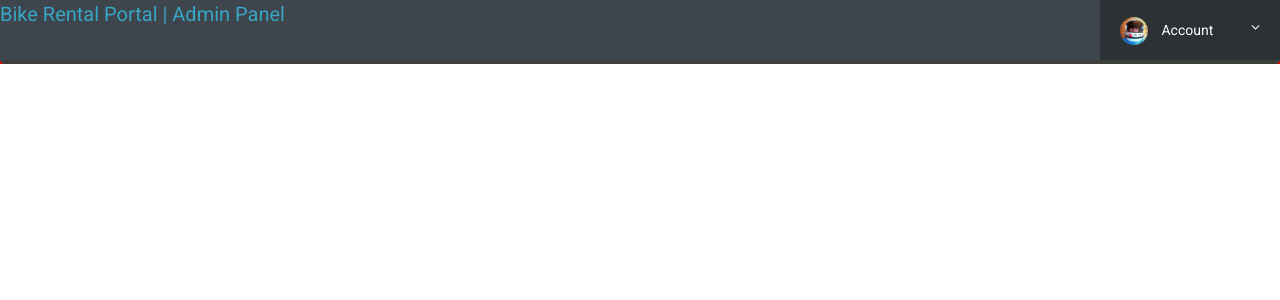
Repository: Het95/Bike-Rental-JSP
Page: http://localhost/AJOep/admin/dashboard.jsp
These files come from the project's save history. The page is drawn as it stood at one moment and after the next save; the edit follows.
The browser window is 1280 px wide. The pictures show the whole page.
The page is served by Tomcat 9. Other server files are loaded and not shown.

Above is the page before, as saved 2020-06-01 08:25:53.

### AJOep/WebContent/admin/dashboard.jsp
<%@ page language="java" contentType="text/html; charset=ISO-8859-1"
    pageEncoding="ISO-8859-1"%>
       <%@ taglib uri="http://java.sun.com/jsp/jstl/sql" prefix="sql" %>
    <%@ taglib uri="http://java.sun.com/jsp/jstl/core" prefix="c" %>
<!DOCTYPE html>
<html>
<head>
<meta charset="ISO-8859-1">
	<title>Bike Rental Portal | Admin Dashboard</title>

	<!-- Font awesome -->
	<link rel="stylesheet" href="css/font-awesome.min.css">
	<!-- Sandstone Bootstrap CSS -->
	<link rel="stylesheet" href="css/bootstrap.min.css">
	<!-- Bootstrap Datatables -->
	<link rel="stylesheet" href="css/dataTables.bootstrap.min.css">
	<!-- Bootstrap social button library -->
	<link rel="stylesheet" href="css/bootstrap-social.css">
	<!-- Bootstrap select -->
	<link rel="stylesheet" href="css/bootstrap-select.css">
	<!-- Bootstrap file input -->
	<link rel="stylesheet" href="css/fileinput.min.css">
	<!-- Awesome Bootstrap checkbox -->
	<link rel="stylesheet" href="css/awesome-bootstrap-checkbox.css">
	<!-- Admin Stye -->
	<link rel="stylesheet" href="css/style.css"></head>
<body>

	<div class="brand clearfix">
	<a href="dashboard.jsp" style="font-size: 20px;">Bike Rental Portal | Admin Panel</a>
		<span class="menu-btn"><i class="fa fa-bars"></i></span>
		<ul class="ts-profile-nav">

			<li class="ts-account">
				<a href="#"><img src="img/ts-avatar.jpg" class="ts-avatar hidden-side" alt=""> Account <i class="fa fa-angle-down hidden-side"></i></a>
				<ul>
					<li><a href="change-password.jsp">Change Password</a></li>
					<li><a href="logout.jsp">Logout</a></li>
				</ul>
			</li>
		</ul>
	</div>
	<div style="height:500; width:500; background-color: red; ">
	<nav class="navbar navbar-default">
    <div class="container">
    	<div class="collapse navbar-collapse" id="navigation">
        <ul class="nav navbar-nav">
          <li><a href="dashboard.jsp">Add Bike</a>    </li>

          <li><a href="requests.jsp">Rent Requests</a></li>

        </ul>
      </div>
    </div>
    </nav>
	</div>


	<!-- Loading Scripts -->
	<script src="js/jquery.min.js"></script>
	<script src="js/bootstrap-select.min.js"></script>
	<script src="js/bootstrap.min.js"></script>
	<script src="js/jquery.dataTables.min.js"></script>
	<script src="js/dataTables.bootstrap.min.js"></script>
	<script src="js/Chart.min.js"></script>
	<script src="js/fileinput.js"></script>
	<script src="js/chartData.js"></script>
	<script src="js/main.js"></script>

</body>
</html>

### AJOep/WebContent/admin/css/awesome-bootstrap-checkbox.css
.checkbox {
  padding-left: 20px;
}
.checkbox label {
  display: inline-block;
  vertical-align: middle;
  position: relative;
  padding-left: 5px;
}
.checkbox label::before {
  content: "";
  display: inline-block;
  position: absolute;
  width: 17px;
  height: 17px;
  left: 0;
  margin-left: -20px;
  border: 1px solid #cccccc;
  border-radius: 3px;
  background-color: #fff;
  -webkit-transition: border 0.15s ease-in-out, color 0.15s ease-in-out;
  -o-transition: border 0.15s ease-in-out, color 0.15s ease-in-out;
  transition: border 0.15s ease-in-out, color 0.15s ease-in-out;
}
.checkbox label::after {
  display: inline-block;
  position: absolute;
  width: 16px;
  height: 16px;
  left: 0;
  top: 0;
  margin-left: -20px;
  padding-left: 3px;
  padding-top: 1px;
  font-size: 11px;
  color: #555555;
}
.checkbox input[type="checkbox"],
.checkbox input[type="radio"] {
  opacity: 0;
  z-index: 1;
}
.checkbox input[type="checkbox"]:focus + label::before,
.checkbox input[type="radio"]:focus + label::before {
  outline: thin dotted;
  outline: 5px auto -webkit-focus-ring-color;
  outline-offset: -2px;
}
.checkbox input[type="checkbox"]:checked + label::after,
.checkbox input[type="radio"]:checked + label::after {
  font-family: "FontAwesome";
  content: "\f00c";
}
.checkbox input[type="checkbox"]:disabled + label,
.checkbox input[type="radio"]:disabled + label {
  opacity: 0.65;
}
.checkbox input[type="checkbox"]:disabled + label::before,
.checkbox input[type="radio"]:disabled + label::before {
  background-color: #eeeeee;
  cursor: not-allowed;
}
.checkbox.checkbox-circle label::before {
  border-radius: 50%;
}
.checkbox.checkbox-inline {
  margin-top: 0;
}

.checkbox-primary input[type="checkbox"]:checked + label::before,
.checkbox-primary input[type="radio"]:checked + label::before {
  background-color: #337ab7;
  border-color: #337ab7;
}
.checkbox-primary input[type="checkbox"]:checked + label::after,
.checkbox-primary input[type="radio"]:checked + label::after {
  color: #fff;
}

.checkbox-danger input[type="checkbox"]:checked + label::before,
.checkbox-danger input[type="radio"]:checked + label::before {
  background-color: #d9534f;
  border-color: #d9534f;
}
.checkbox-danger input[type="checkbox"]:checked + label::after,
.checkbox-danger input[type="radio"]:checked + label::after {
  color: #fff;
}

.checkbox-info input[type="checkbox"]:checked + label::before,
.checkbox-info input[type="radio"]:checked + label::before {
  background-color: #5bc0de;
  border-color: #5bc0de;
}
.checkbox-info input[type="checkbox"]:checked + label::after,
.checkbox-info input[type="radio"]:checked + label::after {
  color: #fff;
}

.checkbox-warning input[type="checkbox"]:checked + label::before,
.checkbox-warning input[type="radio"]:checked + label::before {
  background-color: #f0ad4e;
  border-color: #f0ad4e;
}
.checkbox-warning input[type="checkbox"]:checked + label::after,
.checkbox-warning input[type="radio"]:checked + label::after {
  color: #fff;
}

.checkbox-success input[type="checkbox"]:checked + label::before,
.checkbox-success input[type="radio"]:checked + label::before {
  background-color: #5cb85c;
  border-color: #5cb85c;
}
.checkbox-success input[type="checkbox"]:checked + label::after,
.checkbox-success input[type="radio"]:checked + label::after {
  color: #fff;
}

.radio {
  padding-left: 20px;
}
.radio label {
  display: inline-block;
  vertical-align: middle;
  position: relative;
  padding-left: 5px;
}
.radio label::before {
  content: "";
  display: inline-block;
  position: absolute;
  width: 17px;
  height: 17px;
  left: 0;
  margin-left: -20px;
  border: 1px solid #cccccc;
  border-radius: 50%;
  background-color: #fff;
  -webkit-transition: border 0.15s ease-in-out;
  -o-transition: border 0.15s ease-in-out;
  transition: border 0.15s ease-in-out;
}
.radio label::after {
  display: inline-block;
  position: absolute;
  content: " ";
  width: 11px;
  height: 11px;
  left: 3px;
  top: 3px;
  margin-left: -20px;
  border-radius: 50%;
  background-color: #555555;
  -webkit-transform: scale(0, 0);
  -ms-transform: scale(0, 0);
  -o-transform: scale(0, 0);
  transform: scale(0, 0);
  -webkit-transition: -webkit-transform 0.1s cubic-bezier(0.8, -0.33, 0.2, 1.33);
  -moz-transition: -moz-transform 0.1s cubic-bezier(0.8, -0.33, 0.2, 1.33);
  -o-transition: -o-transform 0.1s cubic-bezier(0.8, -0.33, 0.2, 1.33);
  transition: transform 0.1s cubic-bezier(0.8, -0.33, 0.2, 1.33);
}
.radio input[type="radio"] {
  opacity: 0;
  z-index: 1;
}
.radio input[type="radio"]:focus + label::before {
  outline: thin dotted;
  outline: 5px auto -webkit-focus-ring-color;
  outline-offset: -2px;
}
.radio input[type="radio"]:checked + label::after {
  -webkit-transform: scale(1, 1);
  -ms-transform: scale(1, 1);
  -o-transform: scale(1, 1);
  transform: scale(1, 1);
}
.radio input[type="radio"]:disabled + label {
  opacity: 0.65;
}
.radio input[type="radio"]:disabled + label::before {
  cursor: not-allowed;
}
.radio.radio-inline {
  margin-top: 0;
}

.radio-primary input[type="radio"] + label::after {
  background-color: #337ab7;
}
.radio-primary input[type="radio"]:checked + label::before {
  border-color: #337ab7;
}
.radio-primary input[type="radio"]:checked + label::after {
  background-color: #337ab7;
}

.radio-danger input[type="radio"] + label::after {
  background-color: #d9534f;
}
.radio-danger input[type="radio"]:checked + label::before {
  border-color: #d9534f;
}
.radio-danger input[type="radio"]:checked + label::after {
  background-color: #d9534f;
}

.radio-info input[type="radio"] + label::after {
  background-color: #5bc0de;
}
.radio-info input[type="radio"]:checked + label::before {
  border-color: #5bc0de;
}
.radio-info input[type="radio"]:checked + label::after {
  background-color: #5bc0de;
}

.radio-warning input[type="radio"] + label::after {
  background-color: #f0ad4e;
}
.radio-warning input[type="radio"]:checked + label::before {
  border-color: #f0ad4e;
}
.radio-warning input[type="radio"]:checked + label::after {
  background-color: #f0ad4e;
}

.radio-success input[type="radio"] + label::after {
  background-color: #5cb85c;
}
.radio-success input[type="radio"]:checked + label::before {
  border-color: #5cb85c;
}
.radio-success input[type="radio"]:checked + label::after {
  background-color: #5cb85c;
}

input[type="checkbox"].styled:checked + label:after,
input[type="radio"].styled:checked + label:after {
  font-family: 'FontAwesome';
  content: "\f00c";
}
input[type="checkbox"] .styled:checked + label::before,
input[type="radio"] .styled:checked + label::before {
  color: #fff;
}
input[type="checkbox"] .styled:checked + label::after,
input[type="radio"] .styled:checked + label::after {
  color: #fff;
}

### AJOep/WebContent/admin/css/style.css
@import url(http://fonts.googleapis.com/css?family=Lato:300,400,700,900,100italic,300italic,400italic);
@import url(https://fonts.googleapis.com/css?family=Oswald:700,400,300);
/****************************
*   FOR RESPONSIVENESS      *
****************************/
::selection {
  background: #4f5362;
  /* WebKit/Blink Browsers */
  color: #fff;
}
::-moz-selection {
  background: #4f5362;
  /* Gecko Browsers */
  color: #fff;
}
html {
  font-size: 14px;
}
@media only screen and (min-width: 480px) {
  html {
    font-size: 17px;
  }
}
@media only screen and (min-width: 768px) {
  html {
    font-size: 14px;
  }
}
@media only screen and (min-width: 1024px) {
  p {
    font-size: 1em;
    margin-bottom: 1.8em;
  }
}
/****************************
*      BODY DEFAULTS        *
****************************/
body {
  font-size: 1em;
}
a {
  color: #37a6c4;
}
a:hover {
  text-decoration: none;
  color: #5db9d1;
}
/****************************
*      Buttons        *
****************************/
.btn {
  font-family: 'Oswald', sans-serif;
}
.btn i {
  position: relative;
  top: -2px;
}
.btn.text-left {
  text-align: left;
}
.btn-brand {
  background: #37a6c4;
  color: #fff;
}
.btn-brand:hover {
  color: #fff;
  background: #2c849c;
}
.btn-dark {
  background: #272727;
  color: #fff;
}
.btn-dark:hover {
  color: #fff;
  background: #2c849c;
}
.btn-red {
  background: #4f5362;
  color: #fff;
}
.btn-red:hover {
  color: #fff;
  background: #383b46;
}
.btn-alt {
  background: #f0f0f0;
  color: #222;
}
.btn-alt:hover {
  color: #fff;
  background: #2c849c;
}
/****************************
*      Background Colors        *
****************************/
.bk-primary {
  background: #325d88;
}
.bk-success {
  background: #93c54b;
}
.bk-warning {
  background: #f47c3c;
}
.bk-danger {
  background: #d9534f;
}
.bk-info {
  background: #29abe0;
}
.bk-white,
.bk-light {
  background: #fff;
}
.bk-brand {
  background: #37a6c4;
}
.bk-dark {
  background: #222;
}
.bk-blue {
  background: #0010ce;
}
.bk-alt {
  background: #f7f7f7;
}
.bk-ghost {
  background: transparent;
}
.bk-img {
  position: relative;
  width: 100%;
  background-position: center;
  background-repeat: no-repeat;
  background-size: cover;
  background-image: url(../../img/login-bg.jpg);
}
.bk-fixed {
  background-attachment: fixed;
}
.hr-green {
  height: 2px;
  background: #37a6c4;
}
.hr-grey {
  height: 2px;
  background: #f0f0f0;
}
.hr-dashed {
  background-color: transparent;
  border-top: 1px dotted #edf0f5;
  color: transparent;
  height: 1px;
  margin: 20px 0;
}
.panel {
  overflow: hidden;
}
/****************************
*      Border        *
****************************/
.brdr {
  border: 1px solid #f0f0f0;
}
/****************************
*      Text size color        *
****************************/
.font-one {
  font-family: 'Oswald', sans-serif;
}
.text-bold {
  font-weight: bold;
}
.text-normal {
  font-weight: normal;
}
.text-thin {
  font-weight: 100;
}
.text-lowercase {
  text-transform: none;
}
.text-sm {
  font-size: 13px;
}
.text-lg {
  font-size: 18px;
}
.text-xl {
  font-size: 1.6em;
}
.text-2x {
  font-size: 2em;
}
.text-3x {
  font-size: 2.4em;
}
.text-4x {
  font-size: 3em;
}
.text-white,
.text-light {
  color: #fff !important;
}
.link-white a {
  color: #fff;
}
.text-grey {
  color: #ccc;
}
.text-dgrey {
  color: #818181;
}
.text-brand {
  color: #37a6c4;
}
.text-yellow {
  color: #ffff00;
}
.title .line {
  display: inline-block;
  padding-bottom: 10px;
  border-bottom: 3px solid #222;
}
/****************************
*       Margins         *
****************************/
.mt {
  margin-top: 18px;
}
.mt-0x {
  margin-top: 0 !important;
}
.mt-2x {
  margin-top: 36px;
}
.mt-3x {
  margin-top: 54px;
}
.mt-4x {
  margin-top: 90px;
}
.mt-5x {
  margin-top: 144px;
}
.mb {
  margin-bottom: 18px;
}
.mb-0x {
  margin-bottom: 0 !important;
}
.mb-2x {
  margin-bottom: 36px;
}
.mb-3x {
  margin-bottom: 54px;
}
.mb-4x {
  margin-bottom: 90px;
}
.mb-5x {
  margin-bottom: 144px;
}
.pt {
  padding-top: 18px;
}
.pt-2x {
  padding-top: 36px;
}
.pt-3x {
  padding-top: 54px;
}
.pt-4x {
  padding-top: 90px;
}
.pt-5x {
  padding-top: 144px;
}
.pb {
  padding-bottom: 18px;
}
.pb-2x {
  padding-bottom: 36px;
}
.pb-3x {
  padding-bottom: 54px;
}
.pb-4x {
  padding-bottom: 90px;
}
.pb-5x {
  padding-bottom: 144px;
}
/* Content boxes */
.content-box {
  padding: 15px;
}
.block-anchor {
  display: block;
}
/****************************
*       Content Typography         *
****************************/
.content-format {
  line-height: 1.6em;
  font-weight: 400;
  letter-spacing: .01em;
  font-style: normal;
  word-wrap: break-word;
}
.content-format .h1,
.content-format .h2,
.content-format .h3,
.content-format .h4,
.content-format .h5,
.content-format .h6,
.content-format h1,
.content-format h2,
.content-format h3,
.content-format h4,
.content-format h5,
.content-format h6 {
  font-family: 'Oswald', sans-serif;
  font-weight: 700;
  font-weight: bold;
  font-style: normal;
  color: rgba(0, 0, 0, 0.8);
  margin-top: 40px;
}
.content-format .h1 a,
.content-format .h2 a,
.content-format .h3 a,
.content-format .h4 a,
.content-format .h5 a,
.content-format .h6 a,
.content-format h1 a,
.content-format h2 a,
.content-format h3 a,
.content-format h4 a,
.content-format h5 a,
.content-format h6 a {
  font-size: inherit;
}
.content-format .h2,
.content-format h2 {
  font-size: 3em;
  line-height: 1;
  margin-bottom: 10px;
  padding-bottom: 10px;
  border-bottom: 4px solid #f0f0f0;
}
.content-format .h3,
.content-format h3 {
  font-size: 2em;
  line-height: 1.2;
  margin-bottom: 4px;
  margin: 1em 0 0.5em;
}
.content-format .h4,
.content-format h4 {
  font-size: 1.7em;
  line-height: 1.4;
  margin-bottom: 6px;
}
.content-format .h5,
.content-format h5 {
  font-size: 1.5em;
  line-height: 1.4;
  margin-bottom: 8px;
}
.content-format .h6,
.content-format h6 {
  font-size: 1.3em;
  line-height: 1.4;
  margin-bottom: 10px;
}
.content-format strong {
  font-weight: bold;
}
.content-format ul:not(.social-awesome) {
  list-style: disc outside;
  margin: 1.714285714rem 0 1.714285714rem;
  line-height: 1.714285714;
}
.content-format ul:not(.social-awesome) li {
  margin: 0 0 0 36px;
  margin: 0 1rem 0 2.571428571rem;
}
.content-format ul:not(.social-awesome).list-unstyled {
  list-style: none;
}
.content-format ul:not(.social-awesome).list-unstyled li {
  margin: 0 0 0 24px;
}
.content-format em {
  font-style: italic;
}
.content-format p {
  margin-bottom: 1.8em;
}
.content-format figure {
  margin-bottom: 42px;
}
.content-format figure .caption {
  color: #999;
  font-size: 14px;
}
.content-format img {
  border: 0;
  height: auto;
  max-width: 100%;
  vertical-align: middle;
}
.content-format .fa {
  color: #37a6c4;
  margin-right: 10px;
}
.content-format blockquote {
  border-left: 4px solid #c3c3c3;
  border-left: 4px solid rgba(51, 51, 51, 0.17);
  color: #707070;
  color: rgba(51, 51, 51, 0.7);
  font-size: 1.2em;
  font-style: italic;
  line-height: 1.6667;
  margin-bottom: 1em;
  padding-left: 0.7778em;
}
.content-format blockquote.double-quote {
  border-left: none;
  padding-left: 1em;
}
.content-format pre {
  background: #fff;
  border: 1px solid #ededed;
  color: #666;
  font-family: Consolas, Monaco, Lucida Console, monospace;
  font-size: .9em;
  line-height: 1.714285714;
  margin: 24px 0;
  margin: 1.714285714rem 0;
  overflow: auto;
}
.content-format ol {
  margin: 24px 0 24px;
  margin: 1.714285714rem 0 1.714285714rem;
  line-height: 1.714285714;
  list-style: decimal outside;
}
.content-format img.wp-smiley,
.content-format img.emoji {
  display: inline !important;
  border: none !important;
  box-shadow: none !important;
  height: 1em !important;
  width: 1em !important;
  margin: 0 .07em !important;
  vertical-align: -0.1em !important;
  background: none !important;
  padding: 0 !important;
}
/*
 * Theme Struck - Harmony - Free responsive Bootstrap admin template by Themestruck.com (http://themestruck.com)
 * Code licensed under the MIT
 * For details, see #
 */
ul,
li {
  margin: 0;
  padding: 0;
  list-style: none;
}
/* Social Button Modifications */
.btn {
  text-transform: none;
}
.btn-social > :first-child {
  width: 42px;
  line-height: 46px;
}
.btn-social {
  padding-left: 58px;
}
/* Circle buttons */
.btn-circle {
  width: 30px;
  height: 30px;
  padding: 6px 0;
  border-radius: 15px;
  text-align: center;
  font-size: 12px;
  line-height: 1.428571429;
}
.btn-circle.btn-lg {
  width: 50px;
  height: 50px;
  padding: 10px 16px;
  border-radius: 25px;
  font-size: 18px;
  line-height: 1.33;
}
.btn-circle.btn-xl {
  width: 70px;
  height: 70px;
  padding: 10px 16px;
  border-radius: 35px;
  font-size: 24px;
  line-height: 1.33;
}
/* Chart design */
/* Charts */
.chart-dot-list {
  display: block;
  margin-top: 60px;
  margin-left: 20px;
}
.chart-dot-list li {
  margin-bottom: 4px;
}
.chart-dot-list li:before {
  content: '';
  height: 12px;
  width: 12px;
  margin-right: 6px;
  display: inline-block;
  background: #222;
  border-radius: 50%;
}
.chart-dot-list li.a1:before {
  background: #F7464A;
}
.chart-dot-list li.a2:before {
  background: #46BFBD;
}
.chart-dot-list li.a3:before {
  background: #FDB45C;
}
.chart-doughnut {
  padding: 41px 0;
}
/* component */
.page-title {
  padding-bottom: 15px;
  margin-bottom: 20px;
  border-bottom: 1px solid #f0f0f0;
}
.brand {
  background: #3e454c;
  position: relative;
  z-index: 3;
  position: fixed;
  width: 100%;
  top: 0;
}
.brand .logo {
  box-sizing: border-box;
  padding: 20px;
  float: left;
  display: block;
  width: 200px;
}
@media only screen and (min-width: 992px) {
  .brand .logo {
    width: 250px;
  }
}
.brand .logo img {
  height: 20px;
}
.brand .menu-btn {
  float: right;
  background: #232d3b;
  text-align: center;
  cursor: pointer;
  color: #fff;
  padding: 20px 20px;
}
@media only screen and (min-width: 992px) {
  .brand .menu-btn {
    display: none;
  }
}
.brand .ts-profile-nav {
  float: right;
  display: none;
}
.brand .ts-profile-nav li {
  float: left;
  position: relative;
}
.brand .ts-profile-nav li a {
  display: block;
  padding: 20px;
  color: #fff;
}
.brand .ts-profile-nav li ul {
  visibility: hidden;
  opacity: 0;
  right: 0;
  position: absolute;
}
.brand .ts-profile-nav li ul li {
  float: none;
  width: 180px;
}
.brand .ts-profile-nav li ul li a {
  padding: 10px 20px;
  background: #222;
}
.brand .ts-profile-nav .ts-account .fa-angle-down {
  float: right;
}
.brand .ts-profile-nav .ts-account > a {
  width: 180px;
  background: #2c3136;
}
.brand .ts-profile-nav .ts-account .ts-avatar {
  border-radius: 50%;
  height: 28px;
  margin: -10px 0;
  margin-right: 10px;
}
.brand .ts-profile-nav .ts-account:hover ul {
  visibility: visible;
  opacity: 1;
}
@media only screen and (min-width: 992px) {
  .brand .ts-profile-nav {
    display: block;
  }
}
.ts-sidebar::-webkit-scrollbar-track {
  background-color: transparent;
}
.ts-sidebar::-webkit-scrollbar {
  width: 5px;
  background-color: transparent;
}
.ts-sidebar::-webkit-scrollbar-thumb {
  background-color: #b4b4b4;
}
.ts-sidebar {
  background: #2c3136;
  max-height: 0;
  transition: max-height 0.3s;
  overflow: hidden;
  position: fixed;
  z-index: 2;
  width: 100%;
  bottom: 0;
  top: 60px;
  overflow-y: auto;
}
.ts-sidebar .hidden-side {
  display: none;
}
.ts-sidebar .ts-sidebar-search {
  width: 100%;
  background: #25292a;
  border: none;
  padding: 10px 15px;
  color: #fff;
}
@media only screen and (min-width: 992px) {
  .ts-sidebar .ts-profile-nav {
    display: none;
  }
}
@media only screen and (min-width: 992px) {
  .ts-sidebar {
    max-height: 100%;
    bottom: 0;
  }
}
.ts-sidebar-menu .ts-label {
  color: #585c64;
  font-weight: bold;
  padding: 8px 15px;
  text-transform: uppercase;
  font-size: 10px;
  letter-spacing: 3px;
  margin-top: 10px;
}
.ts-sidebar-menu a {
  display: block;
  text-decoration: none;
  padding: 12px 15px;
  color: #fff;
}
.ts-sidebar-menu li {
  position: relative;
}
.ts-sidebar-menu li i {
  color: #585c64;
  margin-right: 10px;
}
.ts-sidebar-menu li ul {
  display: block;
  background: rgba(255, 0, 0, 0.12);
  background: rgba(0, 0, 0, 0.32);
  max-height: 0;
  overflow: hidden;
  transition: all 0.3s ease;
}
.menu-open,
.ts-sidebar-menu .open > ul {
  max-height: 2000px;
}
.ts-sidebar-menu .open > a {
  background: rgba(51, 56, 62, 0.35);
}
.ts-sidebar-menu > .open > a {
  background: #33383e;
  border-left: 3px solid #37a6c4;
}
.ts-sidebar-menu .open > .more i {
  transform: rotate(180deg);
}
.more i {
  color: #fff;
  padding: 15px;
  transition: transform 0.3s;
}
.more {
  float: right;
  min-width: 10%;
  cursor: pointer;
}
.ts-main-content .content-wrapper {
  padding-top: 15px;
  margin-top: 60px;
}
@media only screen and (min-width: 992px) {
  .ts-main-content .ts-sidebar {
    width: 250px;
    float: left;
  }
  .ts-main-content .content-wrapper {
    margin-left: 250px;
  }
}
/* Login page */
.login-page {
  position: absolute;
  height: 100%;
  width: 100%;
}

### AJOep/WebContent/admin/js/main.js
 $(document).ready(function () {

 	$(".ts-sidebar-menu li a").each(function () {
 		if ($(this).next().length > 0) {
 			$(this).addClass("parent");
 		};
 	})
 	var menux = $('.ts-sidebar-menu li a.parent');
 	$('<div class="more"><i class="fa fa-angle-down"></i></div>').insertBefore(menux);
 	$('.more').click(function () {
 		$(this).parent('li').toggleClass('open');
 	});
	$('.parent').click(function (e) {
		e.preventDefault();
 		$(this).parent('li').toggleClass('open');
 	});
 	$('.menu-btn').click(function () {
 		$('nav.ts-sidebar').toggleClass('menu-open');
 	});


	 $('#zctb').DataTable();


	 $("#input-43").fileinput({
		showPreview: false,
		allowedFileExtensions: ["zip", "rar", "gz", "tgz"],
		elErrorContainer: "#errorBlock43"
			// you can configure `msgErrorClass` and `msgInvalidFileExtension` as well
	});

 });

Loaded but not shown: AJOep/WebContent/admin/css/font-awesome.min.css (library); AJOep/WebContent/admin/css/bootstrap.min.css (library); AJOep/WebContent/admin/css/dataTables.bootstrap.min.css (library); AJOep/WebContent/admin/css/bootstrap-social.css (library); AJOep/WebContent/admin/css/bootstrap-select.css (library); AJOep/WebContent/admin/css/fileinput.min.css (library); AJOep/WebContent/admin/js/jquery.min.js (library); AJOep/WebContent/admin/js/bootstrap-select.min.js (library); AJOep/WebContent/admin/js/bootstrap.min.js (library); AJOep/WebContent/admin/js/jquery.dataTables.min.js (library); AJOep/WebContent/admin/js/dataTables.bootstrap.min.js (common file); AJOep/WebContent/admin/js/Chart.min.js (library); AJOep/WebContent/admin/js/chartData.js (common file); AJOep/WebContent/admin/js/fileinput.js (2304 lines, source omitted)

After the next save:
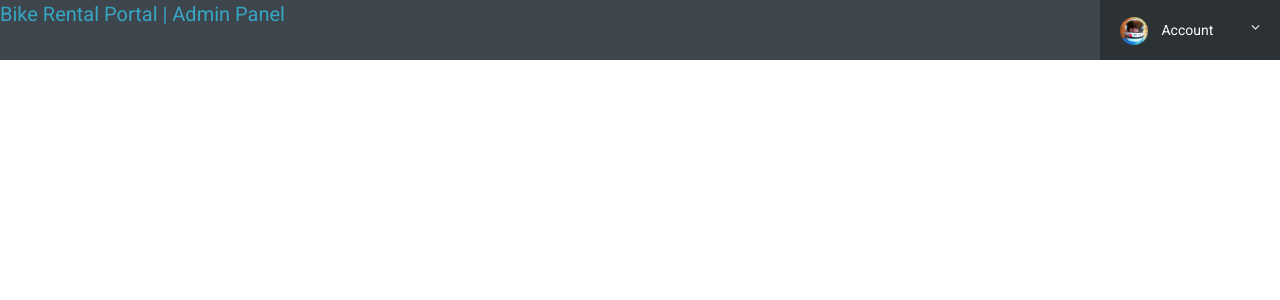
Saved 117 s later.
--- a/AJOep/WebContent/admin/dashboard.jsp
+++ b/AJOep/WebContent/admin/dashboard.jsp
@@ -41,19 +41,7 @@
 		</ul>
 	</div>
 	<div style="height:500; width:500; background-color: red; ">
-	<nav class="navbar navbar-default">
-    <div class="container">
-    	<div class="collapse navbar-collapse" id="navigation">
-        <ul class="nav navbar-nav">
-          <li><a href="dashboard.jsp">Add Bike</a>    </li>
-
-          <li><a href="requests.jsp">Rent Requests</a></li>
-
-        </ul>
-      </div>
-    </div>
-    </nav>
-	</div>
+		</div>
 
 
 	<!-- Loading Scripts -->
